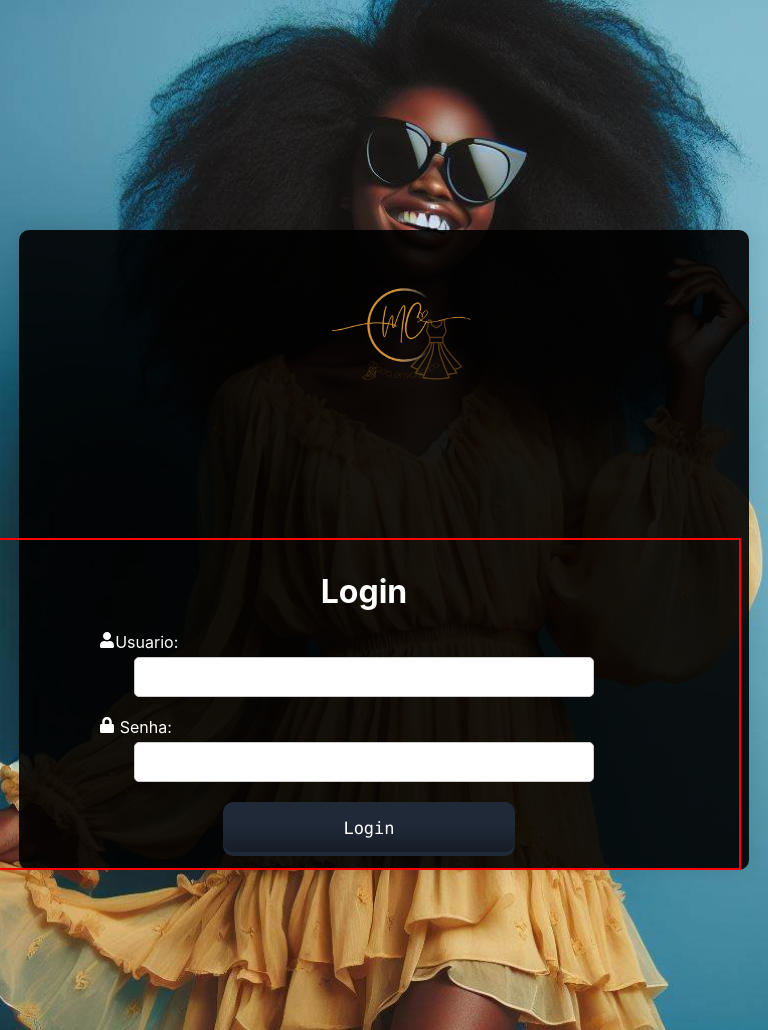
Repository: Mixchelle/ecommerce-moda-evangelica
Page: /login-admin
An editor plug-in stored every save of this project. The page is shown before and after the next save, followed by the edit.
The browser window is 768 px wide. The pictures show the whole page.
The project was rebuilt for these pictures with package versions that can differ from the ones it lists, and the page was loaded fresh each time. Also part of the build but not shown: src/components/Header.js, src/components/CategoriesFilter.js, src/pages/Home.js, src/pages/Login.js, src/pages/Admin.js, src/pages/Cart.js.

Above is the page before, as saved 2024-04-29 22:30:39.

### src/App.js
import React from 'react';
import { BrowserRouter as Router, Routes, Route } from 'react-router-dom';
import './App.css';
import Home from './pages/Home';
import Login from './pages/Login';
import LoginAdmin from './pages/LoginAdmin';
import Admin from './pages/Admin';
import Cart from './pages/Cart';

function App() {
  return (
    <Router>
      <div className="App">
        <Routes>
          <Route exact path="/" element={<Home />} />
          <Route path="/login" element={<Login />} />
          <Route path="/login-admin" element={<LoginAdmin />} />
          <Route path="/admin" element={<Admin />} />
          <Route path="/cart" element={<Cart />} />
        </Routes>
      </div>
    </Router>
  );
}

export default App;

### src/pages/LoginAdmin.jsx
import React, { useState } from 'react';
import { FaUser, FaLock } from 'react-icons/fa';
import '../style/Login.css';
import logo from '../assets/logo-sem-fundo.png';

const LoginAdmin = () => {

    const [username, setUsername] = useState('');
    const [password, setPassword] = useState('');
    // Usando o hook useWebSocket para receber dados do WebSocket

    const handleSubmit = async (e) => {
      e.preventDefault();
      try {

      } catch (error) {

      }
    };


    return (
      <div className="login-container">
        <div className="image-container">
          <img src={logo} alt="Logo da Empresa" />
        </div>
        <div className="form-container">
          <h1>Login</h1>
          <form onSubmit={handleSubmit}>
            <div className="form-group">
              <label htmlFor="username">
                <FaUser />
                Usuario:
              </label>
              <input
                type="text"
                id="username"
                name="username"
                value={username}
                onChange={(e) => setUsername(e.target.value)}
              />
            </div>
            <div className="form-group">
              <label htmlFor="password">
                <FaLock /> Senha:
              </label>
              <input
                type="password"
                id="password"
                name="password"
                value={password}
                onChange={(e) => setPassword(e.target.value)}
              />
            </div>
            <button type="submit">
              <span className="transition"></span>
              <span className="gradient"></span>
              <span className="label">Login</span>
            </button>
          </form>
        </div>
      </div>
    );
  };

  export default LoginAdmin;

### src/style/Login.css
body {
  background-image: url('../assets/OIG2.3KeraQGUKquJ4o.jpeg');
  background-size: cover;
  background-repeat: no-repeat;
  background-position: center;
  height:100vh;
  margin: 0;
  padding: 0;
}

.login-container {
  margin-top: 15%;
  margin-bottom: auto;
  margin-left: auto;
  margin-right: auto;
  display: flex;
  width: 80%;
  justify-content: center;
  align-items: center;
  background-color: rgba(0, 0, 0, 0.9);
  border-radius: 10px;
  box-shadow: 0 0 20px rgba(0, 0, 0, 0.1);
}

.image-container {
  flex: 1;
}

.image-container img {
  max-width: 100%;
  flex: 1;
  padding: 20px;
}

.form-container {
  flex: 1;

  margin-right: 40px;
}

.form-container h1 {
  color: #fff;
  text-align: center;

}

.form-group {
  margin-bottom: 20px;
  text-align: center;
  color: #fff;
  justify-content: center;
}

.form-group label {
  display: block;
  margin-bottom: 5px;
  text-align: left;
  margin-left: 100px;
  color: #fff;
}

.form-group input {
  width: 60%;
  padding: 10px;
  font-size: 16px;
  border: 1px solid #ccc;
  border-radius: 5px;
  outline: none;

}

button {
  width: 40%;
  padding: 10px;
  font-size: 18px;
  color: #fff;
  background-color: #007bff; /* Azul moderno */
  border: none;
  border-radius: 5px;
  cursor: pointer;
  outline: none;
  transition: background-color 0.3s ease;
  margin-left: 10px;
}

button:hover {
  background-color: #0056b3; /* Azul mais escuro ao passar o mouse */
}

button {
  font-family: ui-monospace, SFMono-Regular, Menlo, Monaco, Consolas,
    'Liberation Mono', 'Courier New', monospace;
  font-size: 17px;
  padding: 1em 2.7em;
  font-weight: 500;
  background: #1f2937;
  color: white;
  border: none;
  position: relative;
  overflow: hidden;
  border-radius: 0.6em;
  cursor: pointer;
  text-align: center;
}

.gradient {
  position: absolute;
  width: 100%;
  height: 100%;
  left: 0;
  top: 0;
  border-radius: 0.6em;
  margin-top: -0.25em;
  background-image: linear-gradient(
    rgba(0, 0, 0, 0),
    rgba(0, 0, 0, 0),
    rgba(0, 0, 0, 0.3)
  );
}

.label {
  position: relative;
  top: -1px;
}

.transition {
  transition-timing-function: cubic-bezier(0, 0, 0.2, 1);
  transition-duration: 500ms;
  background-color: rgba(16, 185, 129, 0.6);
  border-radius: 9999px;
  width: 0;
  height: 0;
  position: absolute;
  left: 50%;
  top: 50%;
  transform: translate(-50%, -50%);
}

button:hover .transition {
  width: 14em;
  height: 14em;
}

button:active {
  transform: scale(0.97);
}

@media (max-width: 768px) {
  /* Para dispositivos com largura mínima de 768px (tablets e desktops) */
  .login-container {
    display: flex;
    flex-direction: column;
    height:80vh;
    width: 95%;
    margin-top: 30%;

  }

  .image-container {
    flex: 1;
    margin-bottom: 0;
    width: 150px;
  }

  .form-container {
    flex: 1;
border:2px red solid;
width: 100%;
padding: 10px;
text-align: center;
margin-top: 0;
  }
}

Loaded but not shown: public/index.html (common file); src/index.js (common file); src/index.css (common file); src/reportWebVitals.js (common file); src/App.css (common file)

After the next save:
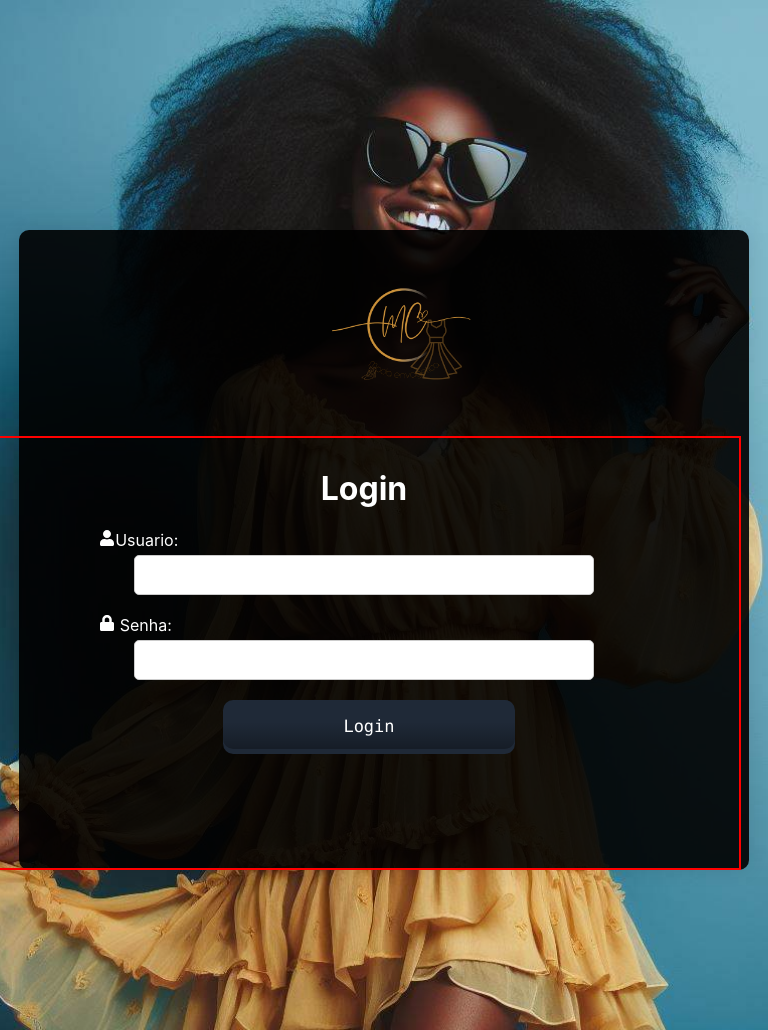
Saved 4 s later.
--- a/src/style/Login.css
+++ b/src/style/Login.css
@@ -163,7 +163,7 @@
   }
 
   .form-container {
-    flex: 1;
+    flex: 2;
 border:2px red solid;
 width: 100%;
 padding: 10px;
